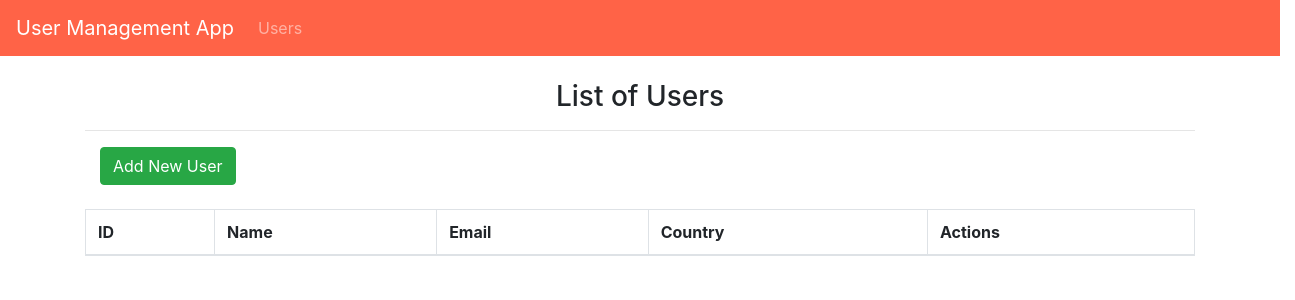
Repository: arnab01/Placement-Portal
Page: http://localhost/Company_Selects/
An editor plug-in stored every save of this project. The page is shown before and after the next save, followed by the edit.
The browser window is 1280 px wide. The page is 1295 px wide, so the pictures cover 1295 px, including what lies to the right of the window. The pictures show the whole page.
The page is served by Tomcat 9. Other server files are loaded and not shown. Queries for data that is not in the repository find no rows.

Above is the page before, as saved 2020-11-27 19:43:38.

### JSP/final_selects/Company_Selects/WebContent/user-list.jsp
<%@ page language="java" contentType="text/html; charset=UTF-8"
	pageEncoding="UTF-8"%>
<%@ taglib uri="http://java.sun.com/jsp/jstl/core" prefix="c"%>
<html>
<head>
<title>User Management Application</title>
<link rel="stylesheet"
	href="https://stackpath.bootstrapcdn.com/bootstrap/4.3.1/css/bootstrap.min.css"
	integrity="sha384-ggOyR0iXCbMQv3Xipma34MD+dH/1fQ784/j6cY/iJTQUOhcWr7x9JvoRxT2MZw1T"
	crossorigin="anonymous">
</head>
<body>

	<header>
		<nav class="navbar navbar-expand-md navbar-dark"
			style="background-color: tomato">
			<div>
				<a href="https://www.javaguides.net" class="navbar-brand"> User
					Management App </a>
			</div>

			<ul class="navbar-nav">
				<li><a href="<%=request.getContextPath()%>/list"
					class="nav-link">Users</a></li>
			</ul>
		</nav>
	</header>
	<br>

	<div class="row">
		<!-- <div class="alert alert-success" *ngIf='message'>{{message}}</div> -->

		<div class="container">
			<h3 class="text-center">List of Users</h3>
			<hr>
			<div class="container text-left">

				<a href="<%=request.getContextPath()%>/new" class="btn btn-success">Add
					New User</a>
			</div>
			<br>
			<table class="table table-bordered">
				<thead>
					<tr>
						<th>ID</th>
						<th>Name</th>
						<th>Email</th>
						<th>Country</th>
						<th>Actions</th>
					</tr>
				</thead>
				<tbody>
					<!--   for (Todo todo: todos) {  -->
					<c:forEach var="user" items="${listUser}">

						<tr>
							<td><c:out value="${user.id}" /></td>
							<td><c:out value="${user.name}" /></td>
							<td><c:out value="${user.email}" /></td>
							<td><c:out value="${user.country}" /></td>
							<td><a href="edit?id=<c:out value='${user.id}' />">Edit</a>
								&nbsp;&nbsp;&nbsp;&nbsp; <a
								href="delete?id=<c:out value='${user.id}' />">Delete</a></td>
						</tr>
					</c:forEach>
					<!-- } -->
				</tbody>

			</table>
		</div>
	</div>
</body>
</html>

### JSP/final_selects/Company_Selects/src/company/selects/web/UserServlet.java
package company.selects.web;

import java.io.IOException;
import java.sql.SQLException;
import java.util.List;

import javax.servlet.RequestDispatcher;
import javax.servlet.ServletException;
import javax.servlet.annotation.WebServlet;
import javax.servlet.http.HttpServlet;
import javax.servlet.http.HttpServletRequest;
import javax.servlet.http.HttpServletResponse;

import company.selects.dao.UserDAO;
import company.selects.model.User;

/**
 * ControllerServlet.java
 * This servlet acts as a page controller for the application, handling all
 * requests from the user.
 * @email Ramesh Fadatare
 */

@WebServlet("/")
public class UserServlet extends HttpServlet {
	private static final long serialVersionUID = 1L;
	private UserDAO userDAO;

	public void init() {
		userDAO = new UserDAO();
	}


	protected void doPost(HttpServletRequest request, HttpServletResponse response)
			throws ServletException, IOException {
		doGet(request, response);
	}

	protected void doGet(HttpServletRequest request, HttpServletResponse response)
			throws ServletException, IOException {
		String action = request.getServletPath();

		try {
			switch (action) {
			case "/new":
				showNewForm(request, response);
				break;
			case "/insert":
				insertUser(request, response);
				break;
			case "/delete":
				deleteUser(request, response);
				break;
			case "/edit":
				showEditForm(request, response);
				break;
			case "/update":
				updateUser(request, response);
				break;
			default:
				listUser(request, response);
				break;
			}
		} catch (SQLException ex) {
			throw new ServletException(ex);
		}
	}

	private void listUser(HttpServletRequest request, HttpServletResponse response)
			throws SQLException, IOException, ServletException {
		List<User> listUser = userDAO.selectAllUsers();
		request.setAttribute("listUser", listUser);
		RequestDispatcher dispatcher = request.getRequestDispatcher("user-list.jsp");
		dispatcher.forward(request, response);
	}

	private void showNewForm(HttpServletRequest request, HttpServletResponse response)
			throws ServletException, IOException {
		RequestDispatcher dispatcher = request.getRequestDispatcher("user-form.jsp");
		dispatcher.forward(request, response);
	}

	private void showEditForm(HttpServletRequest request, HttpServletResponse response)
			throws SQLException, ServletException, IOException {
		int id = Integer.parseInt(request.getParameter("id"));
		User existingUser = userDAO.selectUser(id);
		RequestDispatcher dispatcher = request.getRequestDispatcher("user-form.jsp");
		request.setAttribute("user", existingUser);
		dispatcher.forward(request, response);

	}

	private void insertUser(HttpServletRequest request, HttpServletResponse response)
			throws SQLException, IOException {
		String name = request.getParameter("name");
		String email = request.getParameter("email");
		String company = request.getParameter("company");
		String role = request.getParameter("role");
		String offer = request.getParameter("offer");

		User newUser = new User(name, email, company, role, offer);
		userDAO.insertUser(newUser);
		response.sendRedirect("list");
	}

	private void updateUser(HttpServletRequest request, HttpServletResponse response)
			throws SQLException, IOException {
		int id = Integer.parseInt(request.getParameter("id"));
		String name = request.getParameter("name");
		String email = request.getParameter("email");
		String company = request.getParameter("company");
		String role = request.getParameter("role");
		String offer = request.getParameter("offer");

		User book = new User(name, email, company, role, offer);
		userDAO.updateUser(book);
		response.sendRedirect("list");
	}

	private void deleteUser(HttpServletRequest request, HttpServletResponse response)
			throws SQLException, IOException {
		int id = Integer.parseInt(request.getParameter("id"));
		userDAO.deleteUser(id);
		response.sendRedirect("list");

	}
}

After the next save:
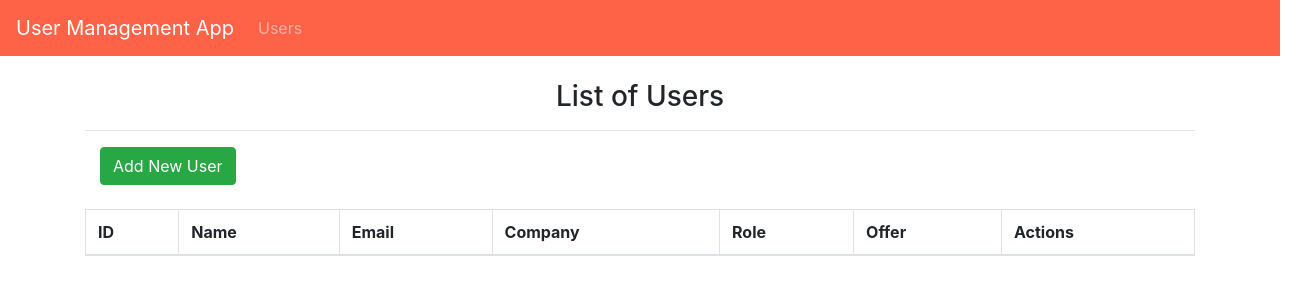
Saved 58 s later.
--- a/JSP/final_selects/Company_Selects/WebContent/user-list.jsp
+++ b/JSP/final_selects/Company_Selects/WebContent/user-list.jsp
@@ -45,7 +45,9 @@
 						<th>ID</th>
 						<th>Name</th>
 						<th>Email</th>
-						<th>Country</th>
+						<th>Company</th>
+						<th>Role</th>
+						<th>Offer</th>
 						<th>Actions</th>
 					</tr>
 				</thead>
@@ -57,7 +59,9 @@
 							<td><c:out value="${user.id}" /></td>
 							<td><c:out value="${user.name}" /></td>
 							<td><c:out value="${user.email}" /></td>
-							<td><c:out value="${user.country}" /></td>
+							<td><c:out value="${user.company}" /></td>
+							<td><c:out value="${user.role}" /></td>
+							<td><c:out value="${user.offer}" /></td>
 							<td><a href="edit?id=<c:out value='${user.id}' />">Edit</a>
 								&nbsp;&nbsp;&nbsp;&nbsp; <a
 								href="delete?id=<c:out value='${user.id}' />">Delete</a></td>
